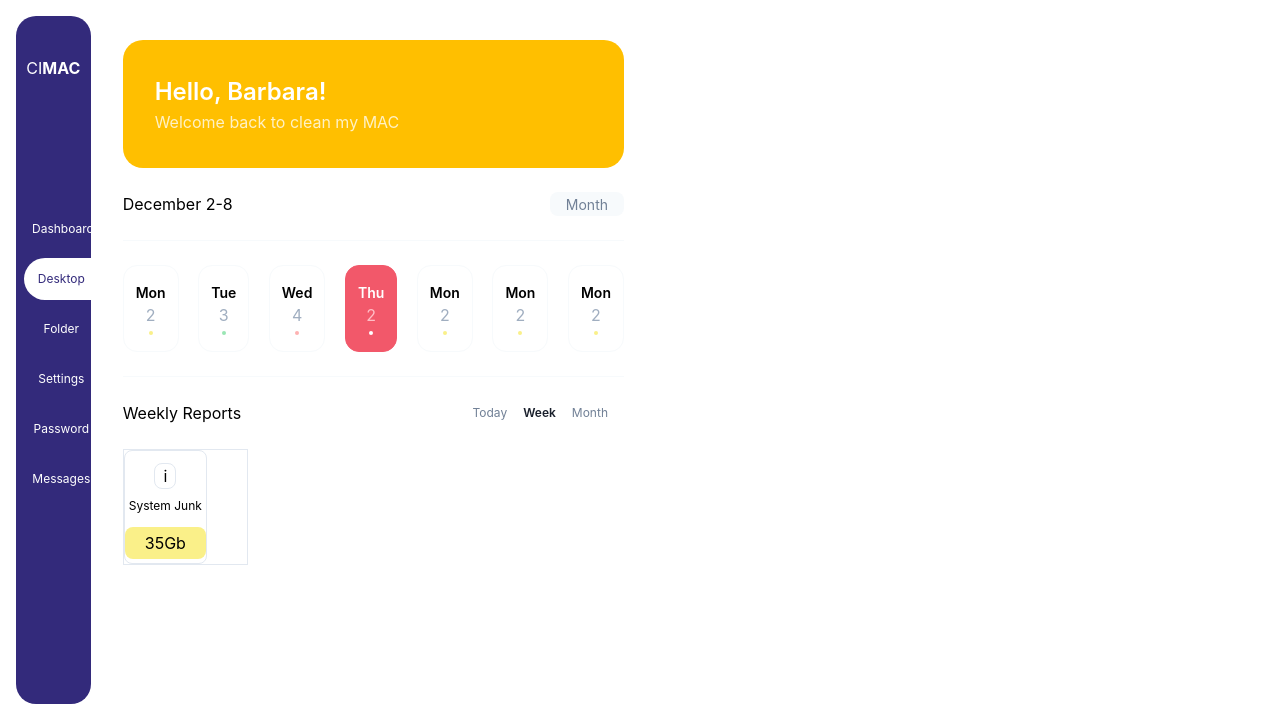
Repository: charleyvibez/experiment-Utility-software-UI
Page: index.html
The author's editor kept a copy of each file at every save. The page is drawn from the files as they stood at one save, then again after a run of saves.
The browser window is 1280 px wide. The pictures show the whole page.

Above is the page before, as saved 2020-03-18 00:48:29.

### index.html
<!DOCTYPE html>
<html lang="en">
<head>
  <meta charset="UTF-8">
  <meta name="viewport" content="width=device-width, initial-scale=1.0">

  <link rel="stylesheet" href="tailwind.css">
  <link rel="stylesheet" href="index.css">
  <title>Document</title>
</head>
<body>
  <section class="flex">
     <aside class="w-1/12 p-4 h-screen">
      <div class="aside-container bg-gray-100 rounded-xl flex flex-col items-center h-full">
        <div class="logo pt-10 text-white">
          <h3>CI<span class="font-bold">MAC</span></h3>
        </div>

      <nav class="flex flex-col items-center text-xs mt-32 text-center text-white w-full pl-2">
        <div class="nav-item w-full pl-2 py-3 mb-2">Dashboard</div>
        <div class="nav-item w-full pl-2 py-3 mb-2 active-nav">Desktop</div>
        <div class="nav-item w-full pl-2 py-3 mb-2">Folder</div>
        <div class="nav-item w-full pl-2 py-3 mb-2">Settings</div>
        <div class="nav-item w-full pl-2 py-3 mb-2">Password</div>
        <div class="nav-item w-full pl-2 py-3 mb-2">Messages</div>
      </nav>
      </div>

    </aside>

  <main class="w-5/12 p-4 h-screen pt-10">
    <div class="main-container">
      <div class="hello p-8 h-32 yellow-bg rounded-xl flex flex-col justify-center">
        <h1 class="text-2xl font-semibold text-white">Hello, Barbara!</h1>
        <p class="yellow-text-support">Welcome back to clean my MAC</p>
      </div>
      <div class="date">
        <div class="heading flex justify-between border-b border-gray-100 py-6">
          <div class="heading-date-range">
            <Span> December 2-8</Span>
          </div>
          <div class="heading-month bg-gray-100 px-4 rounded-lg flex items-center">
            <span class="inline-block text-sm text-gray-600">Month</span>
          </div>
        </div>
        <div class="days flex justify-between py-6  border-b border-gray-100">
          <div class="day flex flex-col items-center py-4 px-3 border border-gray-100 rounded-lg">
            <h3 class="font-semibold text-sm">Mon</h3>
            <span class="text-gray-500">2</span>
            <span class="w-1 h-1 bg-yellow-300 rounded-full mt-1"></span>
          </div>
          <div class="day flex flex-col items-center py-4 px-3 border border-gray-100 rounded-lg">
            <h3 class="font-semibold text-sm">Tue</h3>
            <span class="text-gray-500">3</span>
            <span class="w-1 h-1 bg-green-300 rounded-full mt-1"></span>
          </div>
          <div class="day flex flex-col items-center py-4 px-3 border border-gray-100 rounded-lg">
            <h3 class="font-semibold text-sm">Wed</h3>
            <span class="text-gray-500">4</span>
            <span class="w-1 h-1 bg-red-300 rounded-full mt-1"></span>
          </div>
          <div class="day flex flex-col items-center py-4 px-3 border border-gray-100 rounded-lg active-day">
            <h3 class="font-semibold text-sm">Thu</h3>
            <span class="inline-block text-gray-500 day-number">2</span>
            <span class="inline-block w-1 h-1 bg-yellow-300 rounded-full mt-1 day-indicator"></span>
          </div>
          <div class="day flex flex-col items-center py-4 px-3 border border-gray-100 rounded-lg">
            <h3 class="font-semibold text-sm">Mon</h3>
            <span class="text-gray-500">2</span>
            <span class="w-1 h-1 bg-yellow-300 rounded-full mt-1"></span>
          </div>
          <div class="day flex flex-col items-center py-4 px-3 border border-gray-100 rounded-lg">
            <h3 class="font-semibold text-sm">Mon</h3>
            <span class="text-gray-500">2</span>
            <span class="w-1 h-1 bg-yellow-300 rounded-full mt-1"></span>
          </div>
          <div class="day flex flex-col items-center py-4 px-3 border border-gray-100 rounded-lg">
            <h3 class="font-semibold text-sm">Mon</h3>
            <span class="text-gray-500">2</span>
            <span class="w-1 h-1 bg-yellow-300 rounded-full mt-1"></span>
          </div>
        </div>
      </div>

       <div class="Reports">
        <div class="heading flex justify-between  py-6">
          <div class="heading-date-range">
            <Span class="font-normal"> Weekly Reports</Span>
          </div>
          <div class="heading-reports  px-4 rounded-lg flex items-center">
            <span class="inline-block text-gray-600 text-xs">Today</span>
            <span class="inline-block text-gray-900 ml-4 text-xs font-semibold">Week</span>
            <span class="inline-block text-gray-600 ml-4 text-xs">Month</span>
          </div>


        </div>
        <div class="junks">
          <div class="system-junk w-1/4 border flex items-center pr-10">
           <div class="bg-white rounded-lg flex flex-col items-center border w-full pt-3 pb-1">
             <span class="junk-icon inline-block px-2 border mb-2 rounded-lg">
              i
            </span>
            <h6 class="text-xs mb-3">System Junk</h6>
            <span class="inline-block bg-yellow-300 px-5 py-1 rounded-lg">35Gb</span>
           </div>
          </div>
        </div>
       </div>
    </div>
  </main>
  </section>

</body>
</html>

### index.css
* {
  margin: 0;
  padding: 0;
  box-sizing: border-box;
}

.aside-container {
  background: #332a7b;
}
.active-nav {
  position: relative;
  background:white;
  color: #332a7b;
  border-bottom-left-radius: 30px;
  border-top-left-radius: 30px;
}

/* .active-nav:before {
  position: absolute;
  content: '';
  height: 30px;
  width: 30px;
  border-radius: 50%;
  top: -25px;
  right: 0;
  background: #332a7b;
} */

.rounded-xl {
  border-radius: 20px
}

.yellow-bg {
  background: #ffbf00;
}
.yellow-text-support {
  color: #fff1c5
}

.day {
  border-radius: 14px;
}

.active-day {
  background: #f2586a;
  border: 1px solid #f2586a
}

.active-day h3 {
  color: white;
  ;
}
.active-day .day-number {
  color: #ffbec6;
}
.active-day .day-indicator {
  background: white;
}

Loaded but not shown: tailwind.css (library)

After the next 3 saves:
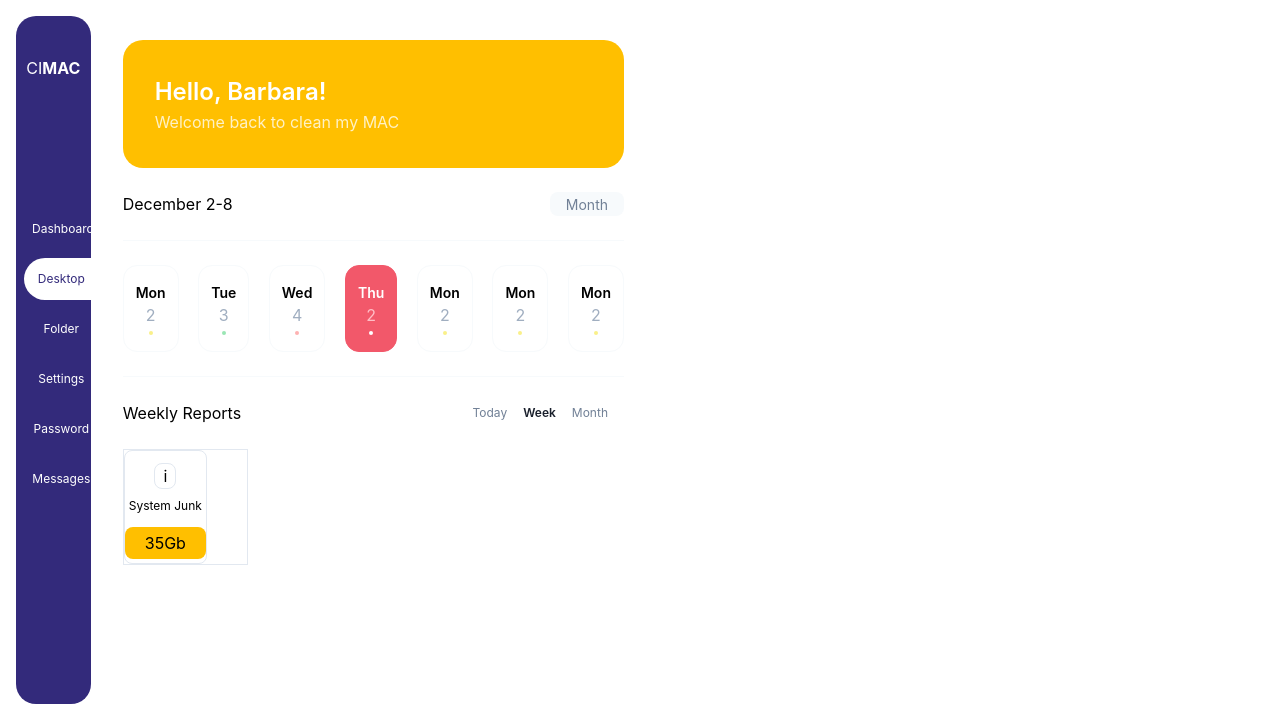
The 3 saves are shown as one change because they came seconds apart.
The last was saved 32 s later.
--- a/index.html
+++ b/index.html
@@ -102,7 +102,7 @@
               i
             </span>
             <h6 class="text-xs mb-3">System Junk</h6>
-            <span class="inline-block bg-yellow-300 px-5 py-1 rounded-lg">35Gb</span>
+            <span class="inline-block yellow-bg px-5 py-1 rounded-lg">35Gb</span>
            </div>
           </div>
         </div>
